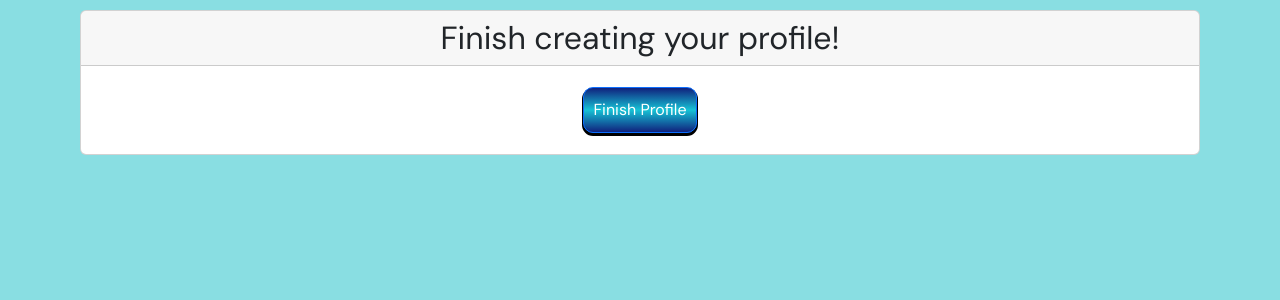
Repository: aiodell/my-glucose-checkup
Page: /me (app in client/)
The author's editor kept a copy of each file at every save. The page is drawn from the files as they stood at one save, then again after the next save.
The browser window is 1280 px wide. The pictures show the whole page.
The page's requests for data from a server got no answer. The project was rebuilt for these pictures with package versions that can differ from the ones it lists, and the page was loaded fresh each time. No one was signed in, and anything a server would have sent is missing. Also part of the build but not shown: client/src/components/Login.js, client/src/components/Signup.js, client/src/components/Dashboard.js, client/src/components/AllReadings.js, client/src/components/NewReading.js, client/src/components/Home.js, client/src/components/BglUpdateForm.js, client/src/components/BglEventDetails.js and 8 more.

Above is the page before, as saved 2022-10-06 07:01:21.

After the next save:
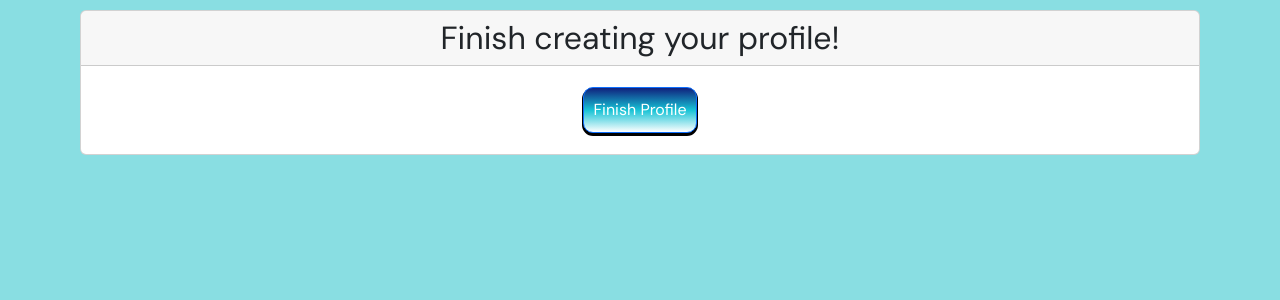
Saved 10 s later.
--- a/client/src/styles.css
+++ b/client/src/styles.css
@@ -9,7 +9,7 @@ body {
 
 /*Universal */
 .btns {
-  background-image: linear-gradient(#10217d, #16c2d5,#10217d);
+  background-image: linear-gradient(#10217d, #16c2d5,#ffffff);
   color: rgb(255, 255, 255);
   padding: 10px;
   margin: 5px;
